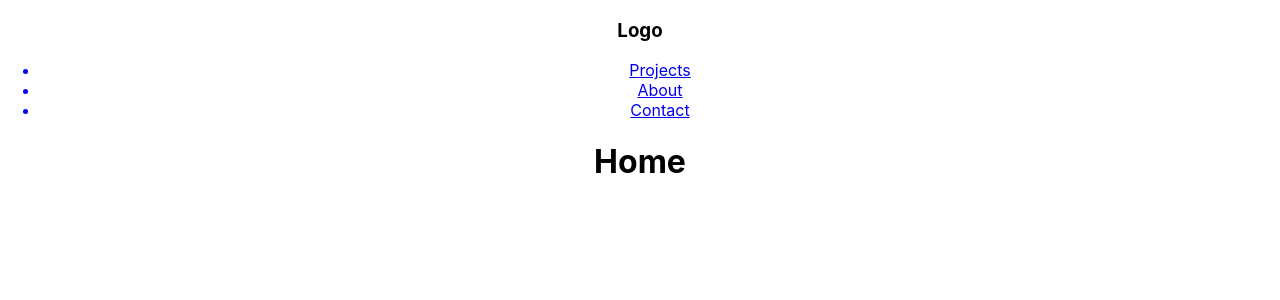
Repository: gszabi/portfolio-old
Page: /
An editor plug-in stored every save of this project. The page is shown before and after the next save, followed by the edit.
The browser window is 1280 px wide. The pictures show the whole page.
The project was rebuilt for these pictures with package versions that can differ from the ones it lists, and the page was loaded fresh each time. Also part of the build but not shown: src/pages/About.tsx, src/pages/Contact.tsx, src/pages/Projects.tsx.

Above is the page before, as saved 2021-07-02 19:37:59.

### src/App.tsx
import React from "react";
import logo from "./logo.svg";
import "./App.css";
import Home from "./pages/Home";
import About from "./pages/About";
import Contact from "./pages/Contact";
import Navbar from "./components/Navbar";
import Projects from "./pages/Projects";
import { BrowserRouter as Router, Route, Switch } from "react-router-dom";

function App() {
  return (
    <Router>
      <div className="App">
        <Navbar />
        <Switch>
          <Route path="/" exact component={Home}></Route>
          <Route path="/about" component={About}></Route>
          <Route path="/contact" component={Contact}></Route>
          <Route path="/projects" component={Projects}></Route>
        </Switch>
      </div>
    </Router>
  );
}

export default App;

### src/pages/Home.tsx
import React from "react";
import logo from "./logo.svg";

function Home() {
  return (
    <div>
      <h1>Home</h1>
    </div>
  );
}

export default Home;

### src/components/Navbar.tsx
import React from "react";
import logo from "./logo.svg";
import { Link, BrowserRouter as Router } from "react-router-dom";

function Navbar() {
  return (
    <div>
      <h3>Logo</h3>
      <ul>
        <Link to="/projects">
          <li>Projects</li>
        </Link>
        <Link to="/about">
          <li>About</li>
        </Link>
        <Link to="/contact">
          <li>Contact</li>
        </Link>
      </ul>
    </div>
  );
}

export default Navbar;

Loaded but not shown: public/index.html (common file); src/index.tsx (common file); src/index.css (common file); src/reportWebVitals.ts (common file); src/App.css (common file)

After the next save:
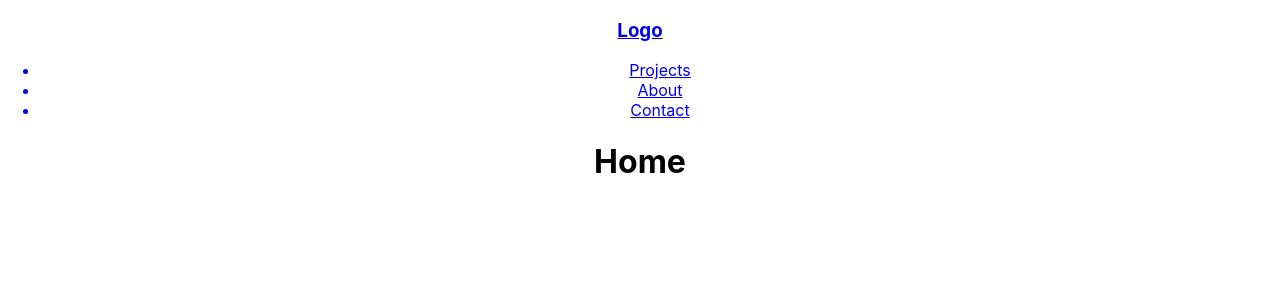
Saved 15 s later.
--- a/src/components/Navbar.tsx
+++ b/src/components/Navbar.tsx
@@ -5,7 +5,9 @@ import { Link, BrowserRouter as Router } from "react-router-dom";
 function Navbar() {
   return (
     <div>
-      <h3>Logo</h3>
+      <Link to="/about">
+        <h3>Logo</h3>
+      </Link>
       <ul>
         <Link to="/projects">
           <li>Projects</li>
